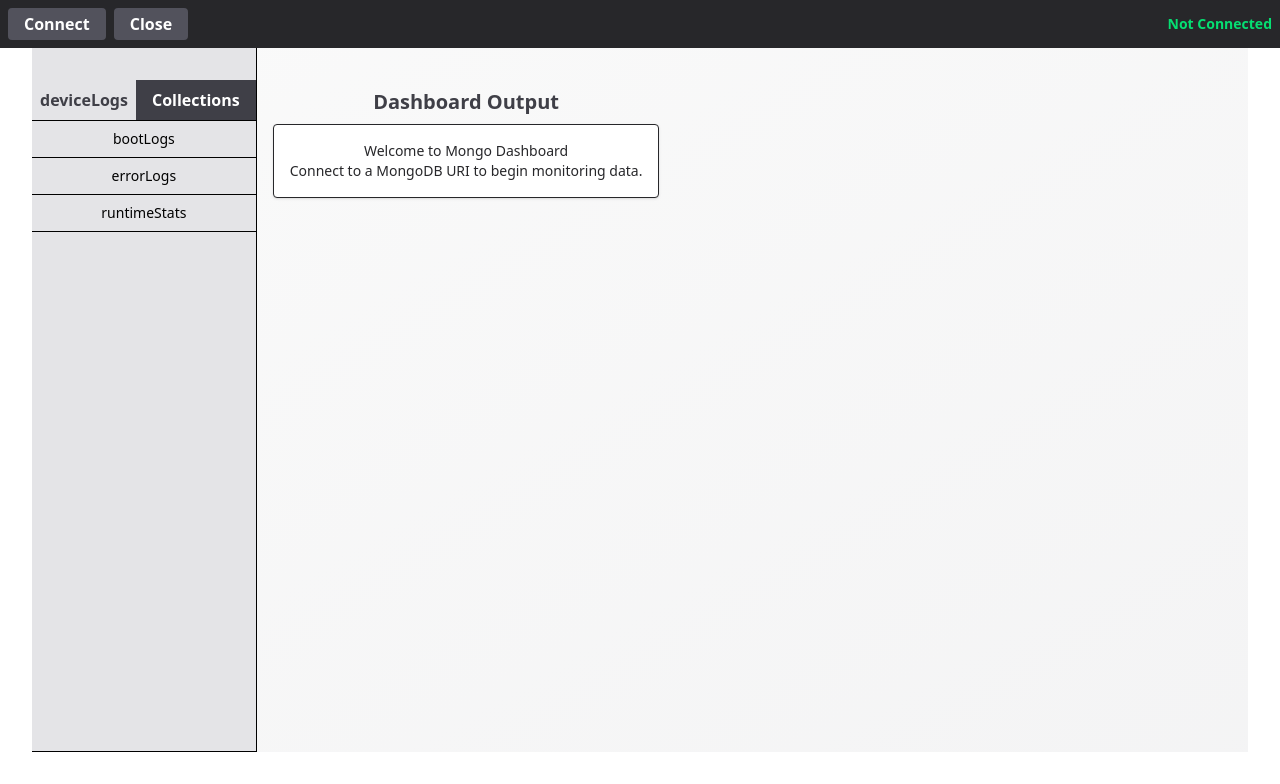
Repository: aryan151pratap/Dashboard
Page: / (app in frontened/), after clicking the first element matching `ul.text-sm > :nth-child(2)`
These files come from the project's save history. The page is drawn as it stood at one moment and after the next save; the edit follows.
The browser window is 1280 px wide. The pictures show the whole page.
The project was rebuilt for these pictures with package versions that can differ from the ones it lists, and the page was loaded fresh each time. Also part of the build but not shown: frontened/vite.config.js, frontened/src/component/connect.jsx.

Above is the page before, as saved 2025-06-24 14:41:35.

After the next save:
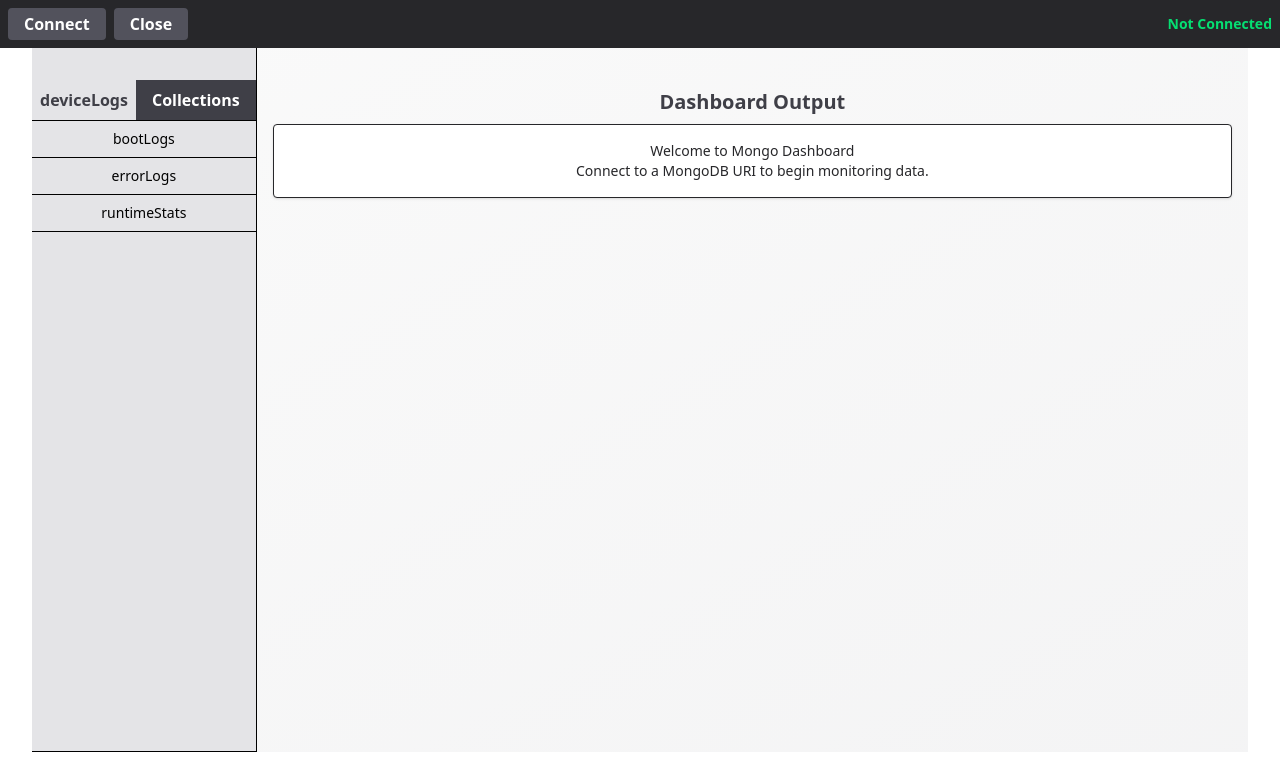
Saved 5 s later.
--- a/frontened/src/component/right_bar.jsx
+++ b/frontened/src/component/right_bar.jsx
@@ -1,7 +1,7 @@
 function Right_bar(){
 	return(
 		<>
-		<div className="pt-14 p-4">
+		<div className="w-full pt-14 p-4">
 			<h1 className="text-xl font-bold mb-2 text-zinc-700">Dashboard Output</h1>
 			<div className="bg-white p-4 border rounded shadow text-sm text-zinc-800">
 			<p>Welcome to Mongo Dashboard</p>
